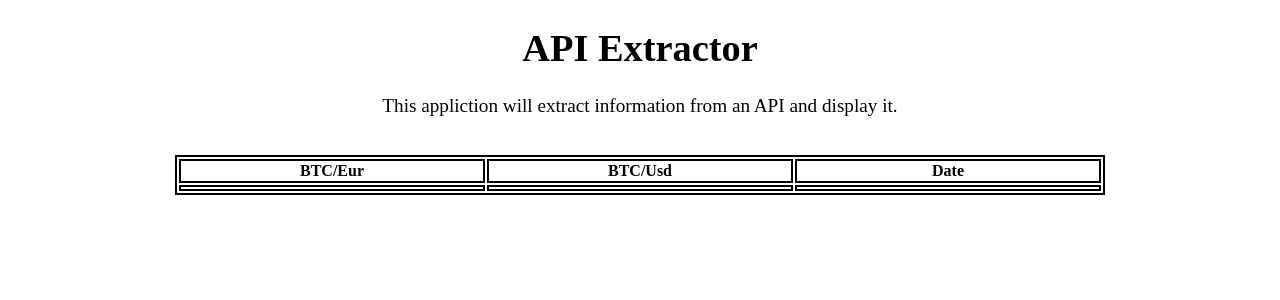
Repository: vxyux/api-extraction
Page: index.html
These files come from the project's save history. The page is drawn as it stood at one moment and after the next save; the edit follows.
The browser window is 1280 px wide. The pictures show the whole page.
The page's requests for data from a server got no answer.

Above is the page before, as saved 2023-09-05 10:38:07.

After the next save:
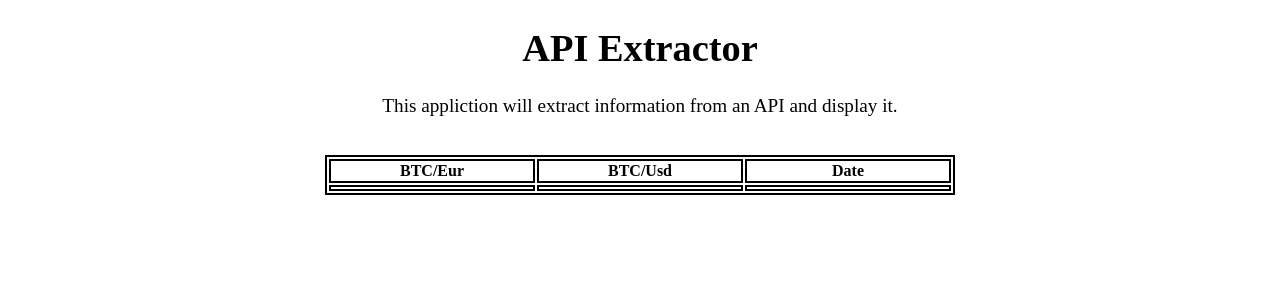
Saved 6 s later.
--- a/stylesheet.css
+++ b/stylesheet.css
@@ -9,5 +9,5 @@ table, th, td
   border-width: 2px;
   margin-left: auto;
   margin-right: auto;
-  min-width: 300px;
+  min-width: 200px;
 }
